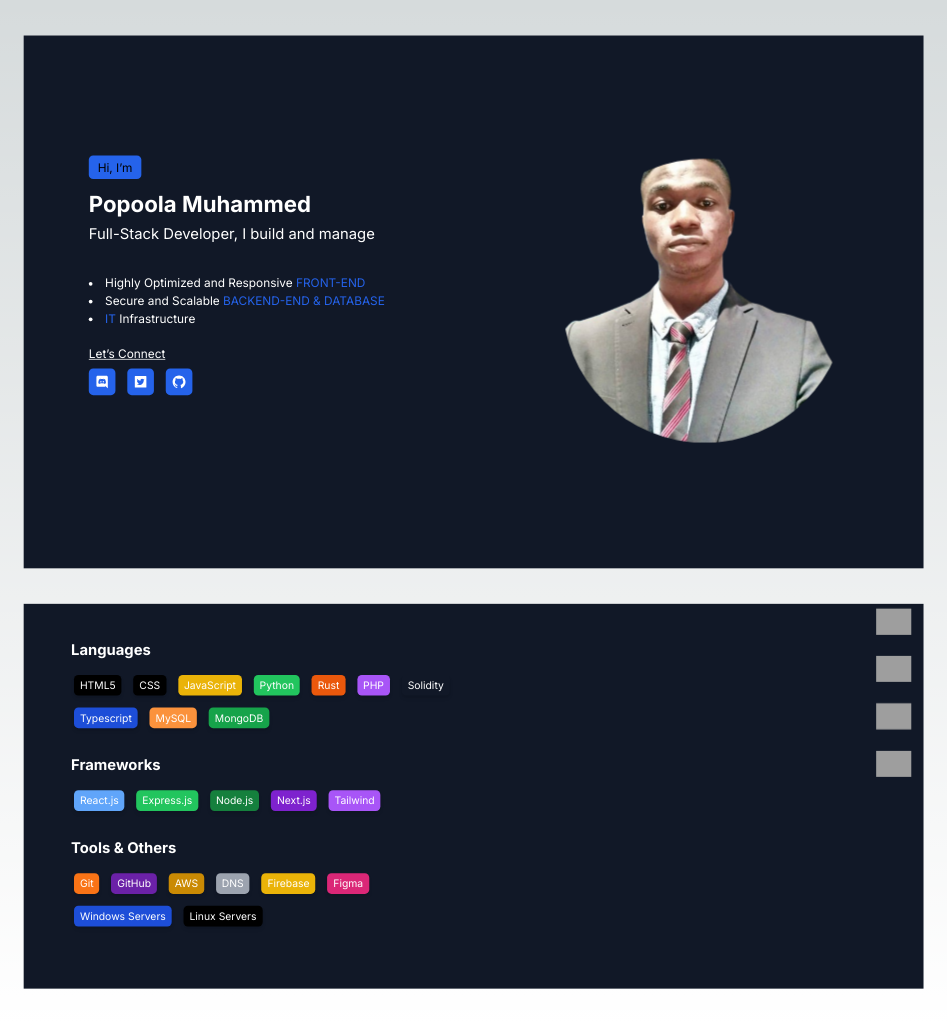
Repository: muhammedctgr/hammedctgr
Page: /
These files come from the project's save history. The page is drawn as it stood at one moment and after a run of saves; the edit follows.
The browser window is 1280 px wide. The pictures show the whole page, at 74% of full size.
Pictures or frames that could not be fetched are drawn as grey boxes. The project was rebuilt for these pictures with package versions that can differ from the ones it lists, and the page was loaded fresh each time. The framework's server and built-in components were replaced by stand-ins that run in the browser. Also part of the build but not shown: next.config.mjs.

Above is the page before, as saved 2024-08-01 15:53:40.

After the next 5 saves:
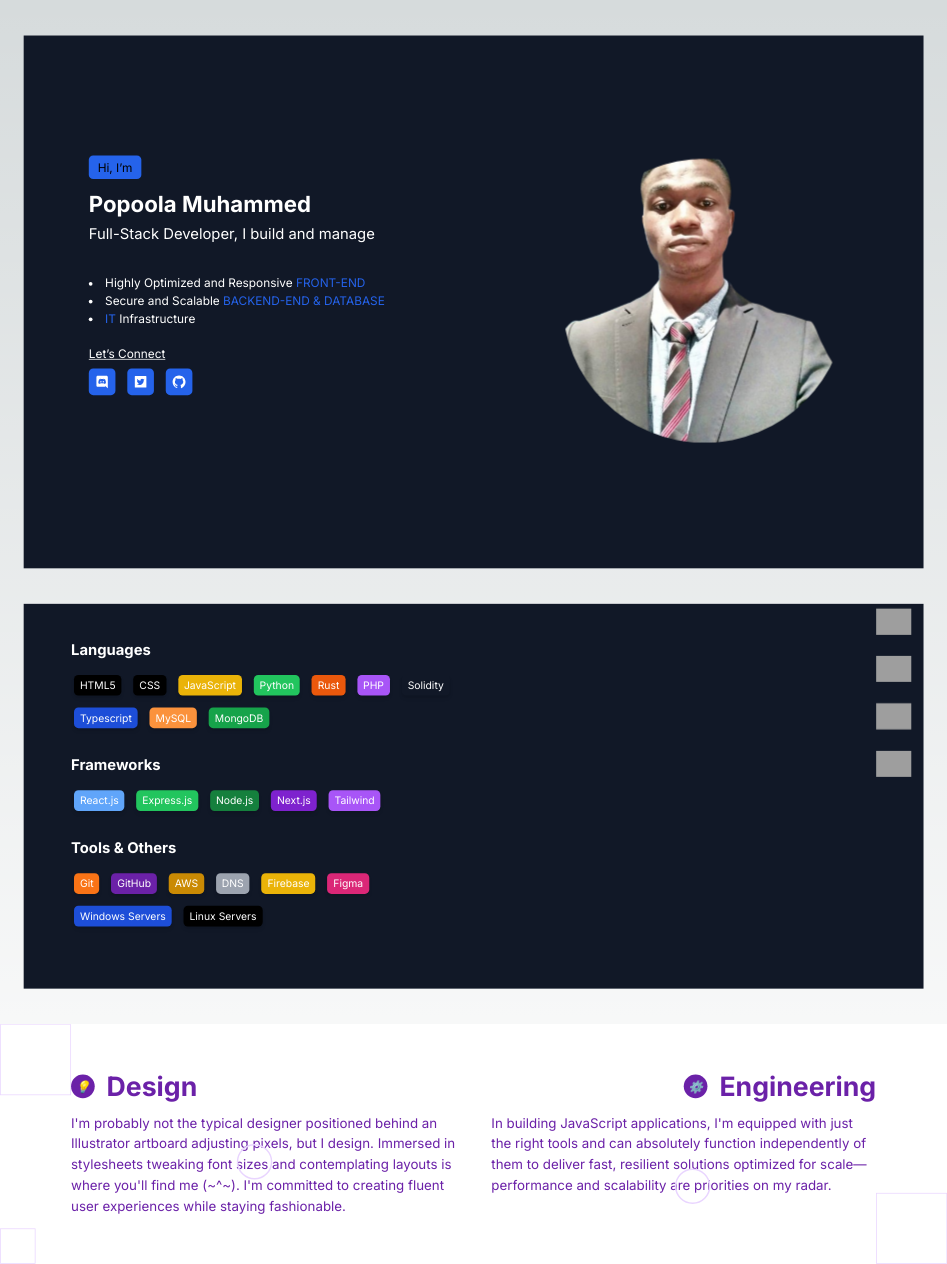
The 5 saves are shown as one change because 1 did not build or start and some came seconds apart.
The last was saved 31 s later.
--- a/app/page.tsx
+++ b/app/page.tsx
@@ -1,6 +1,7 @@
 import Head from 'next/head';
 import Hero from '../components/Hero';
 import SkillsSection from '@/components/SkillsSection';
+import SummarySection from '@/components/SummarySection';
 
 
 const Home = () => (
@@ -12,6 +13,7 @@ const Home = () => (
 
     <Hero />
     <SkillsSection />
+    <SummarySection/>
   </div>
 );
 
